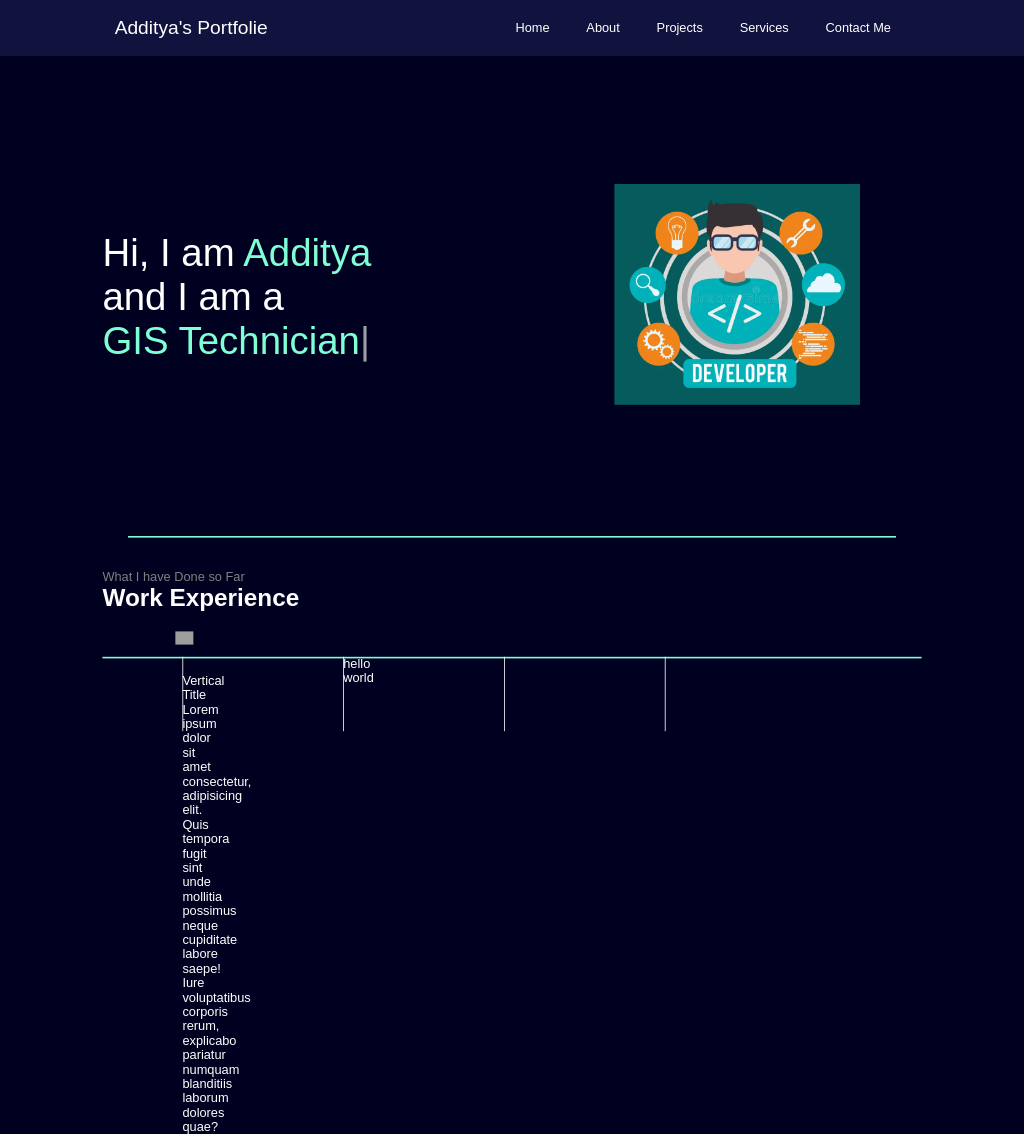
Repository: VictoriousMango/Portfolio
Page: index.html
An editor plug-in stored every save of this project. The page is shown before and after the next save, followed by the edit.
The browser window is 1280 px wide. The pictures show the whole page, at 80% of full size.
Pictures or frames that could not be fetched are drawn as grey boxes.

Above is the page before, as saved 2023-08-27 11:36:09.

### index.html
<!DOCTYPE html>
<html lang="en">

<head>
    <meta charset="UTF-8">
    <meta name="viewport" content="width=device-width, initial-scale=1.0">
    <title>Additya - Developer Portfolio</title>
    <style>
        * {
            margin: 0;
            padding: 0;
        }

        body {
            background-color: rgb(0, 0, 33);
            color: white;
            font-family: 'Poppins', sans-serif;
        }

        nav {
            display: flex;
            justify-content: space-around;
            align-items: center;
            height: 70px;
            background-color: rgb(18, 18, 62);
        }

        nav ul {
            display: flex;
            justify-content: center;
        }

        nav ul li {
            list-style: none;
            margin: 0 23px;
        }

        nav ul li a {
            text-decoration: none;
            color: white;
        }

        nav ul li a:hover {
            color: rgb(153, 153, 226);
            font-size: 1.05rem;
        }
        main hr{
            border: 0;
            background: aquamarine;
            height: 1.2px;
            margin: 40px 160px;
        }
        text-gray{
            color: gray;
        }

        .left {
            font-size: 1.5rem;
        }

        .firstSection {
            display: flex;
            justify-content: space-around;
            align-items: center;
            margin: 110px 0;

        }

        .firstSection>div {
            width: 30%;
        }
        .secondSection{
            max-width: 80vw;
            margin: auto;
            height: 80vh;
        }
        .secondSection h1{
            font-size: 1.9rem;
        }
        .secondSection .box{
            background: aquamarine;
            width: 80vw;
            height: 2px;
            margin: 56px 0;
            display: flex ;
        }
        .secondSection .vertical{
            height: 93px;
            width: 1px;
            background-color: white;
            margin: 0 100px;
        }
        .vertical-title{

        }
        .vertical-desc{

        }
        .image-top{
            width: 23px;
            position: relative;
            top: -32px;
            left: -9px;
        }

        .leftSection {
            font-size: 3rem;
        }

        /* .rightSection{
            background-color: red;
        } */
        .rightSection img {
            width: 80%;
            margin: 50px 0;
        }

        .purple {
            color: aquamarine;
        }
        .text-gray{
            color: grey;
        }
        #element{
            color: aquamarine;
        }
    </style>
</head>

<body>
    <header>
        <nav>
            <div class="left">Additya's Portfolie</div>
            <div class="right">
                <ul>
                    <li><a href="/">Home</a></li>
                    <li><a href="/">About</a></li>
                    <li><a href="/">Projects</a></li>
                    <li><a href="/">Services</a></li>
                    <li><a href="/">Contact Me</a></li>
                </ul>
            </div>
        </nav>
    </header>

    <main>
        <section class="firstSection">
            <div class="leftSection">
                Hi, I am <span class="purple">Additya</span>
                <div>and I am a</div>
                <span id="element"></span>
            </div>
            <div class="rightSection"><img src="Web Dev.webp" alt=""></div>
        </section>
        <hr>
        <section class="secondSection">
            <span class="text-gray">What I have Done so Far</span>
            <h1>Work Experience</h1>
            <div class="box">
                <div class="vertical">
                    <img class="image-top" src="Image 1.jpg" alt="">
                    <div class="vertical-title">
                        Vertical Title
                    </div>
                    <div class="vertical-desc">
                        Lorem ipsum dolor sit amet consectetur, adipisicing elit. Quis tempora fugit sint unde mollitia possimus neque cupiditate labore saepe! Iure voluptatibus corporis rerum, explicabo pariatur numquam blanditiis laborum dolores quae?
                    </div>
                </div>
                <div class="vertical">
                    hello world
                </div>
                <div class="vertical"></div>
                <div class="vertical"></div>
            </div>


    </main>
    <script src="https://unpkg.com/typed.js@2.0.16/dist/typed.umd.js"></script>
    <script>
        var typed = new Typed('#element', {
            strings: ['Web Developer', 'GIS Technician', 'Spatial Data Scientist'],
            typeSpeed: 50,
            loop: true,
            backSpeed: 25,
            backDelay: 2000
        });
    </script>
</body>

</html>

After the next save:
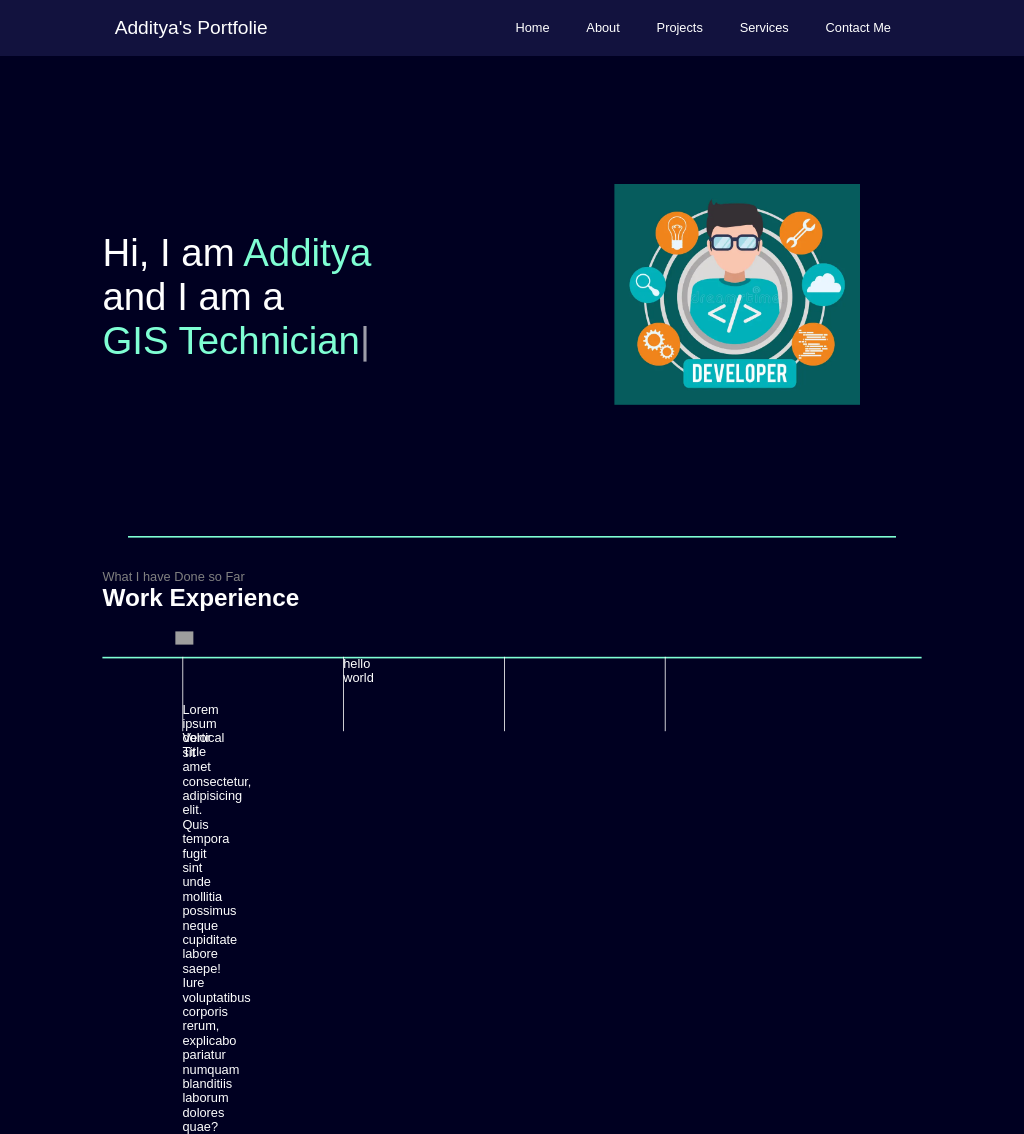
Saved 3 min 27 s later.
--- a/index.html
+++ b/index.html
@@ -44,13 +44,15 @@
             color: rgb(153, 153, 226);
             font-size: 1.05rem;
         }
-        main hr{
+
+        main hr {
             border: 0;
             background: aquamarine;
             height: 1.2px;
             margin: 40px 160px;
         }
-        text-gray{
+
+        text-gray {
             color: gray;
         }
 
@@ -69,34 +71,41 @@
         .firstSection>div {
             width: 30%;
         }
-        .secondSection{
+
+        .secondSection {
             max-width: 80vw;
             margin: auto;
             height: 80vh;
         }
-        .secondSection h1{
+
+        .secondSection h1 {
             font-size: 1.9rem;
         }
-        .secondSection .box{
+
+        .secondSection .box {
             background: aquamarine;
             width: 80vw;
             height: 2px;
             margin: 56px 0;
-            display: flex ;
-        }
-        .secondSection .vertical{
+            display: flex;
+        }
+
+        .secondSection .vertical {
             height: 93px;
             width: 1px;
             background-color: white;
             margin: 0 100px;
         }
-        .vertical-title{
-
-        }
-        .vertical-desc{
-
-        }
-        .image-top{
+
+        .vertical-title {
+            position: relative;
+            top: 71px;
+
+        }
+
+        .vertical-desc {}
+
+        .image-top {
             width: 23px;
             position: relative;
             top: -32px;
@@ -118,10 +127,12 @@
         .purple {
             color: aquamarine;
         }
-        .text-gray{
+
+        .text-gray {
             color: grey;
         }
-        #element{
+
+        #element {
             color: aquamarine;
         }
     </style>
@@ -163,7 +174,9 @@
                         Vertical Title
                     </div>
                     <div class="vertical-desc">
-                        Lorem ipsum dolor sit amet consectetur, adipisicing elit. Quis tempora fugit sint unde mollitia possimus neque cupiditate labore saepe! Iure voluptatibus corporis rerum, explicabo pariatur numquam blanditiis laborum dolores quae?
+                        Lorem ipsum dolor sit amet consectetur, adipisicing elit. Quis tempora fugit sint unde mollitia
+                        possimus neque cupiditate labore saepe! Iure voluptatibus corporis rerum, explicabo pariatur
+                        numquam blanditiis laborum dolores quae?
                     </div>
                 </div>
                 <div class="vertical">
